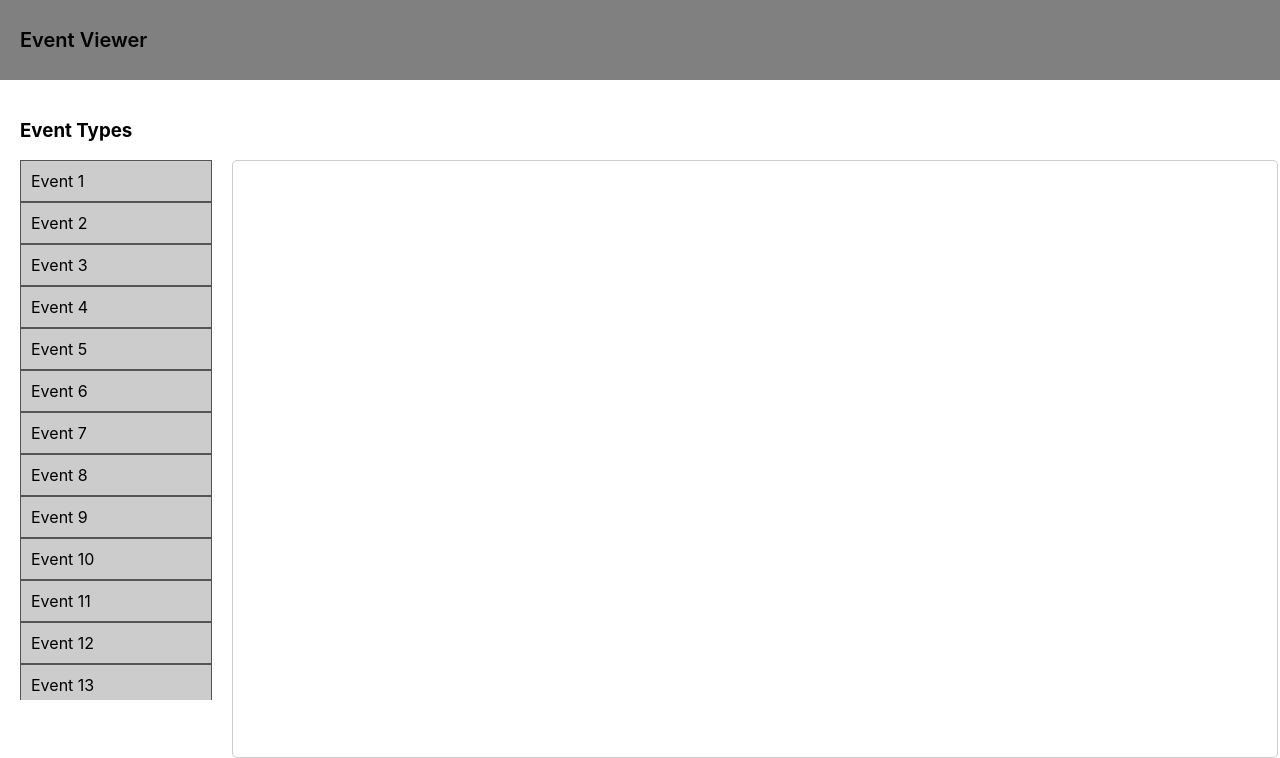
Repository: TauqeerHusain/Assignment
Page: /
These files come from the project's save history. The page is drawn as it stood at one moment and after the next save; the edit follows.
The browser window is 1280 px wide. The pictures show the whole page.
The project was rebuilt for these pictures with package versions that can differ from the ones it lists, and the page was loaded fresh each time.

Above is the page before, as saved 2023-02-07 11:13:46.

After the next save:
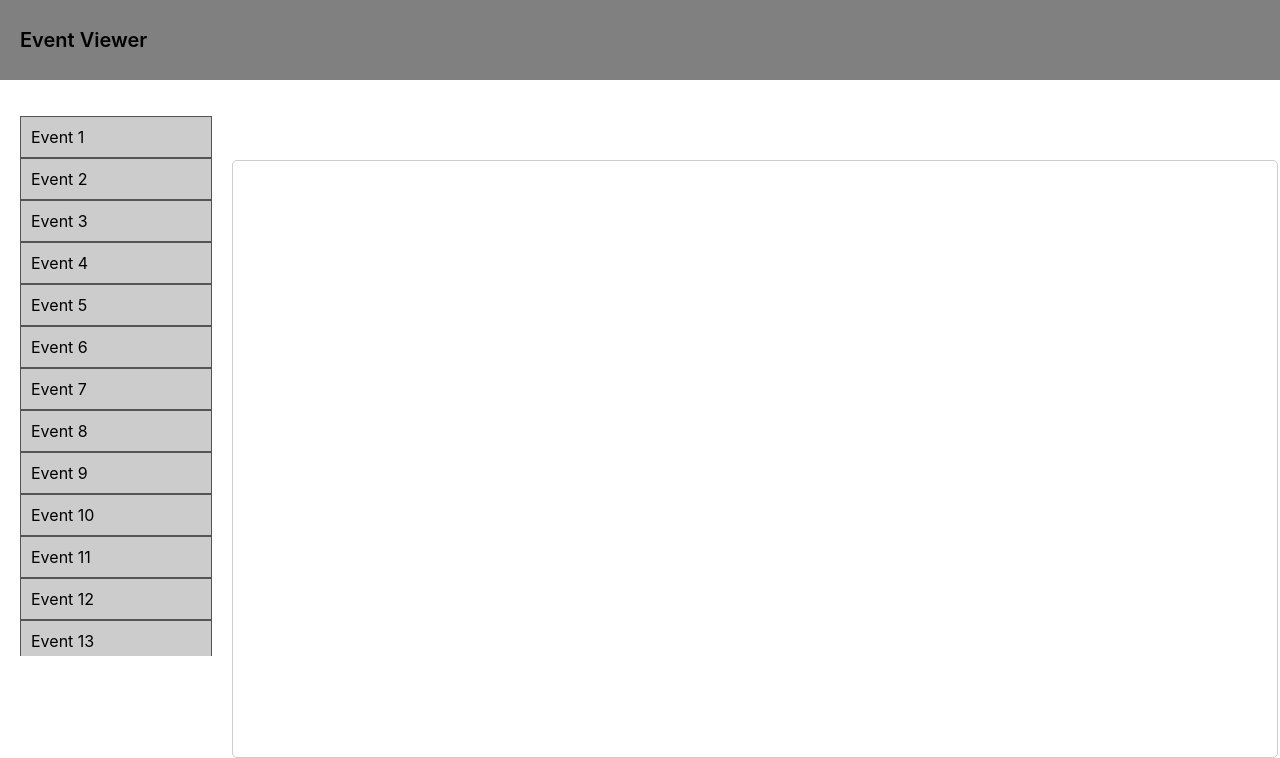
Saved 14 s later.
--- a/src/App.js
+++ b/src/App.js
@@ -530,7 +530,6 @@ const App = () => {
       </nav>
       <div style={{ display: "flex" }}>
         <div style={{ width: "15%", padding: "20px" }}>
-          <h3>Event Types</h3>
           <ul
             style={{
               listStyleType: "none",
